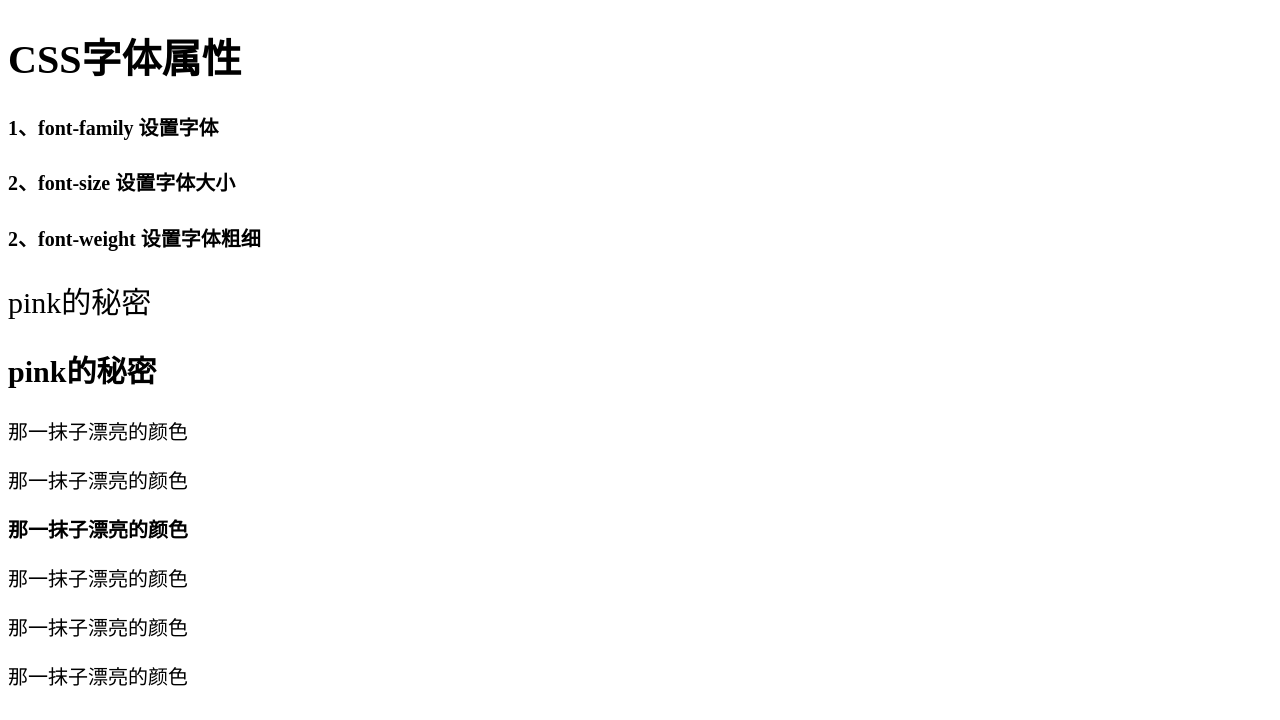
Repository: zhengdeya/web-based
Page: 13-字体属性.html
The author's editor kept a copy of each file at every save. The page is drawn from the files as they stood at one save, then again after the next save.
The browser window is 1280 px wide. The pictures show the whole page.

Above is the page before, as saved 2021-03-28 14:27:48.

### 13-字体属性.html
<!DOCTYPE html>
<html lang="en">
<head>
    <meta charset="UTF-8">
    <meta http-equiv="X-UA-Compatible" content="IE=edge">
    <meta name="viewport" content="width=device-width, initial-scale=1.0">
    <title>字体属性</title>
    <style>
        body {
            font-size: 20px;
        }
        h2 {
            /* 设置字体 */
            /* 从前向后找 */
            font-family: "Microsoft Yahei"，Times,serif;
        }
        p {
            /* 字体大小 */
            font-size: 20px;

        }
        .bold {
             /* 设置字体粗细 */
             /* font-weight: bold; */
             /* 实际开发中用数字实现加粗 400等同于 normal ，700等同于 bold */
             font-weight: 700;
        }
        .normal {
            /* 变细 */
            /* font-weight: normal; */
            font-weight: 400;
        }
    </style>
</head>
<body>
    <h1>CSS字体属性</h1>
    <h4>1、font-family 设置字体</h4>
    <h4>2、font-size 设置字体大小</h4>
    <h4>2、font-weight 设置字体粗细</h4>
    <h2 class="normal">pink的秘密</h2>
    <h2>pink的秘密</h2>
    <p>那一抹子漂亮的颜色</p>
    <p>那一抹子漂亮的颜色</p>
    <p class="bold">那一抹子漂亮的颜色</p>
    <p>那一抹子漂亮的颜色</p>
    <p>那一抹子漂亮的颜色</p>
    <p>那一抹子漂亮的颜色</p>
</body>
</html>

After the next save:
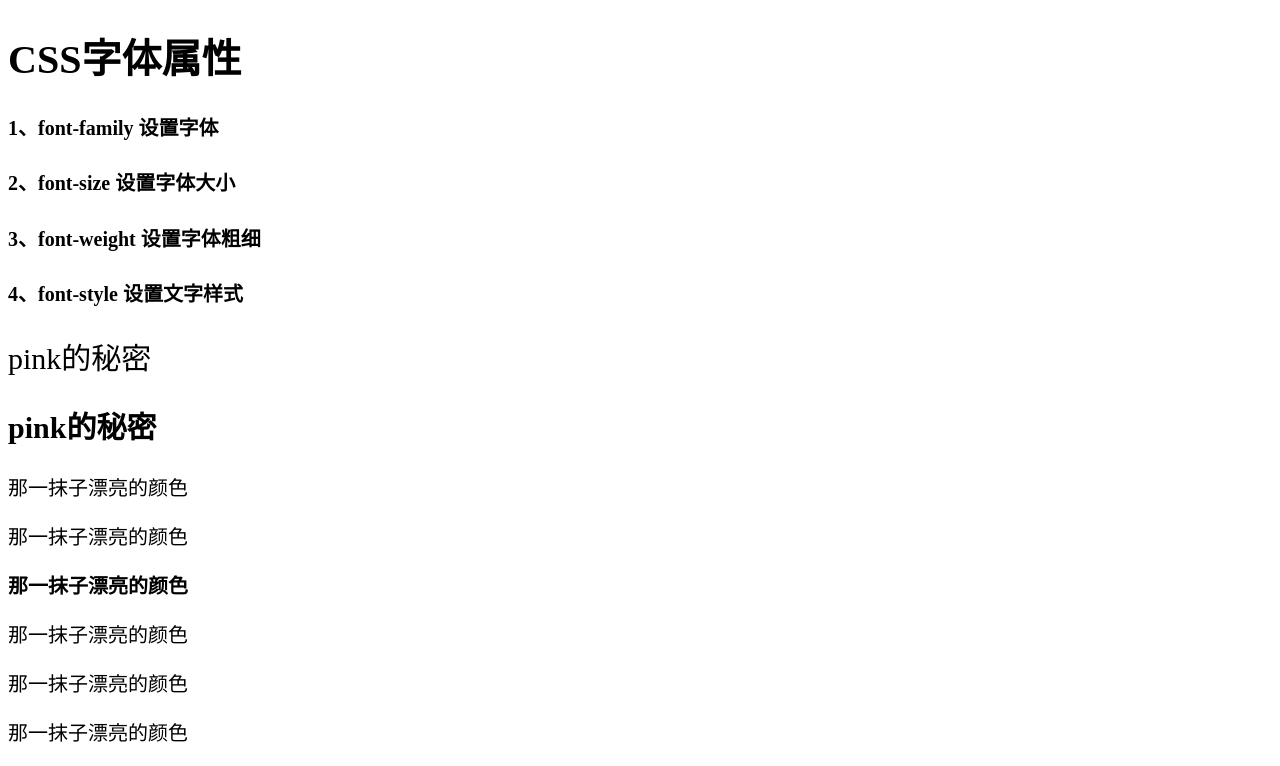
Saved 2 min 54 s later.
--- a/13-字体属性.html
+++ b/13-字体属性.html
@@ -30,13 +30,20 @@
             /* font-weight: normal; */
             font-weight: 400;
         }
+        /* 4、font-style 设置文字样式 */
+        .italic {
+            /* 斜体 */
+            font-style: italic;
+        }
     </style>
 </head>
 <body>
     <h1>CSS字体属性</h1>
     <h4>1、font-family 设置字体</h4>
     <h4>2、font-size 设置字体大小</h4>
-    <h4>2、font-weight 设置字体粗细</h4>
+    <h4>3、font-weight 设置字体粗细</h4>
+    <h4>4、font-style 设置文字样式</h4>
+
     <h2 class="normal">pink的秘密</h2>
     <h2>pink的秘密</h2>
     <p>那一抹子漂亮的颜色</p>
